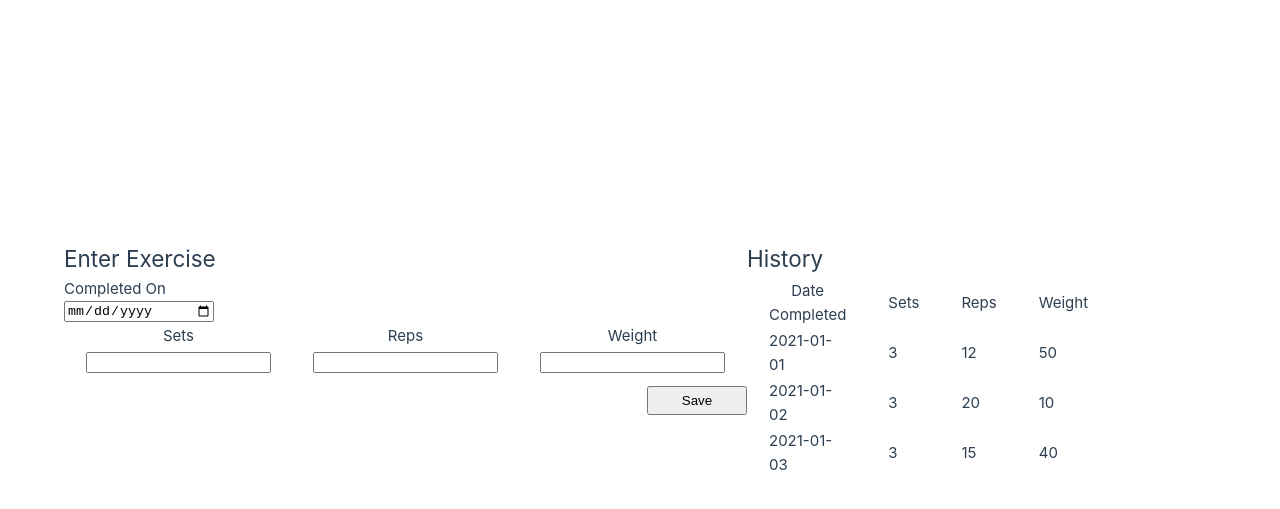
Repository: Kayla-amr/Exercise-Tracking-App
Page: / (app in exerciseTracking/)
The author's editor kept a copy of each file at every save. The page is drawn from the files as they stood at one save, then again after a run of saves.
The browser window is 1280 px wide. The pictures show the whole page.
The project was rebuilt for these pictures with package versions that can differ from the ones it lists, and the page was loaded fresh each time. Also part of the build but not shown: exerciseTracking/vite.config.ts.

Above is the page before, as saved 2023-03-17 14:15:39.

### exerciseTracking/src/main.ts
import { createApp } from 'vue'
import App from './App.vue'


import './assets/main.css'

const app = createApp(App)



app.mount('#app')

### exerciseTracking/src/App.vue
<script setup>
import TrackingForm from './components/TrackingForm.vue'
import TrackingHistory from './components/TrackingHistory.vue'
</script>

<template>
  <div id="app">
    <tracking-form @add:exercise="addExercises" />
    <tracking-history :exercises="exercises" />
  </div>
</template>

<script>
export default {
  name: 'app',
  components: {
    TrackingForm,
    TrackingHistory
  },
  data() {
    return {
      exercises: [
        {
          id: 1,
          date: '2021-01-01',
          sets: '3',
          reps: '12',
          weight: '50'
        },
        {
          id: 2,
          date: '2021-01-02',
          sets: '3',
          reps: '20',
          weight: '10'
        },
        {
          id: 3,
          date: '2021-01-03',
          sets: '3',
          reps: '15',
          weight: '40'
        }
      ]
    }
  },

  methods: {
    addExercises(exercise) {
      const addId = this.exercises.length > 0 ? this.exercises[this.exercises.length - 1].id : 0

      const id = addId + 1

      const newExercises = {
        id,
        ...exercise
      }

      this.exercises = [...this.exercises, exercise]
    }
  }
}
</script>

### exerciseTracking/src/components/TrackingForm.vue
<template>
    <div id="tracking-form">
        <h2>Enter Exercise</h2>
        <form @submit.prevent="handleSubmit">
            <div class="date">
                <label for="date">Completed On</label>
                <input type="date" v-model="exercises.date" />
            </div>
            <table>
                <thead>
                    <tr>
                        <th>Sets</th>
                        <th>Reps</th>
                        <th>Weight</th>
                    </tr>
                </thead>
                <tbody>
                    <tr>
                        <td><input type="text" v-model="exercises.sets" /></td>
                        <td><input type="number" v-model="exercises.reps" /></td>
                        <td><input type="number" v-model="exercises.weight" /></td>
                    </tr>
                </tbody>
            </table>
            <button type="submit">Save</button>
        </form>
    </div>
</template>

<script>
export default {
    name: 'tracking-form',
    data() {
        return {
            exercises: {
                date: '',
                sets: '',
                reps: '',
                weight: ''
            }
        }
    },
    methods: {
        handleSubmit() {
            const exercise = {
                date: this.exercises.date,
                sets: this.exercises.sets,
                reps: this.exercises.reps,
                weight: this.exercises.weight
            };
            this.$emit('add:exercise', exercise);
        }
    }
}
</script>


<style>
.date{
    display: flex;
    flex-direction: column;
    width: 150px;
}
form{
    display: flex;
    flex-direction: column;
}

form button{
    width: 100px;
    padding: 5px;
    margin: 10px 0 0 10px;
    align-self: flex-end;
}
</style>

### exerciseTracking/src/components/TrackingHistory.vue
<template>
  <div id="tracking-history">
    <h2>History</h2>
    <table>
      <thead>
        <tr>
          <th>Date Completed</th>
          <th>Sets</th>
          <th>Reps</th>
          <th>Weight</th>
        </tr>
      </thead>
      <tbody>
        <tr v-for="exercise in exercises" :key="exercise.id">
          <td>{{ exercise.date }}</td>
          <td>{{ exercise.sets }}</td>
          <td>{{ exercise.reps }}</td>
          <td>{{ exercise.weight }}</td>
        </tr>
      </tbody>
    </table>
  </div>
</template>

<script>
export default {
  name: 'tracking-history',
  props: {
    exercises: {
      type: Array
    }
  }
}
</script>

<style>
th,
td {
  padding: 0 20px;
}
</style>

Loaded but not shown: exerciseTracking/index.html (common file); exerciseTracking/src/assets/main.css (common file); exerciseTracking/src/assets/base.css (common file)

After the next 5 saves:
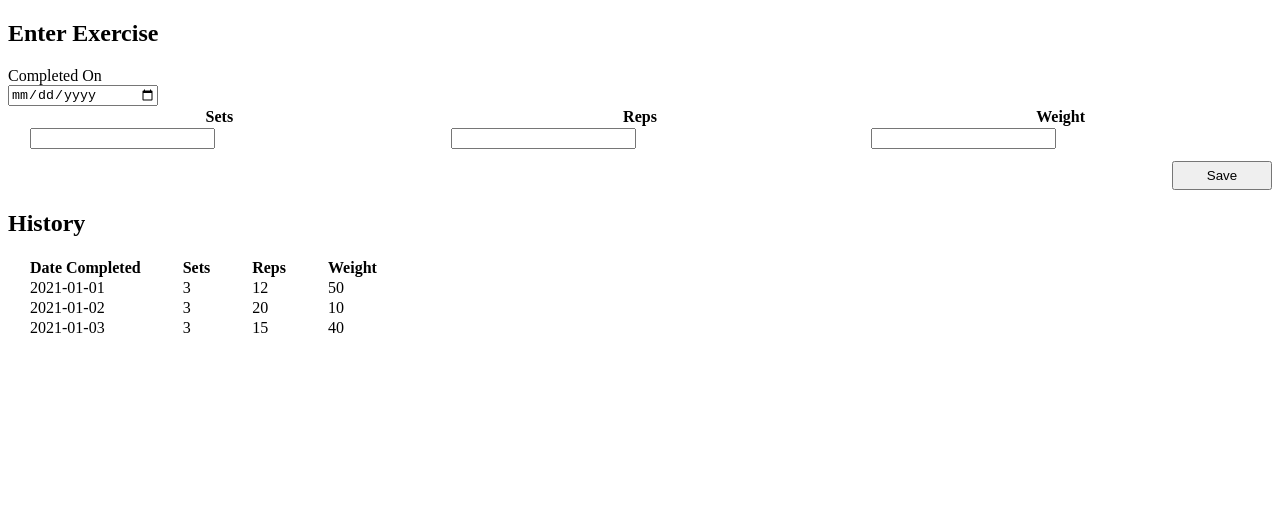
The 5 saves are shown as one change because they came seconds apart.
The last was saved 43 s later.
--- a/exerciseTracking/src/main.ts
+++ b/exerciseTracking/src/main.ts
@@ -1,8 +1,6 @@
 import { createApp } from 'vue'
 import App from './App.vue'
 
-
-import './assets/main.css'
 
 const app = createApp(App)
 
